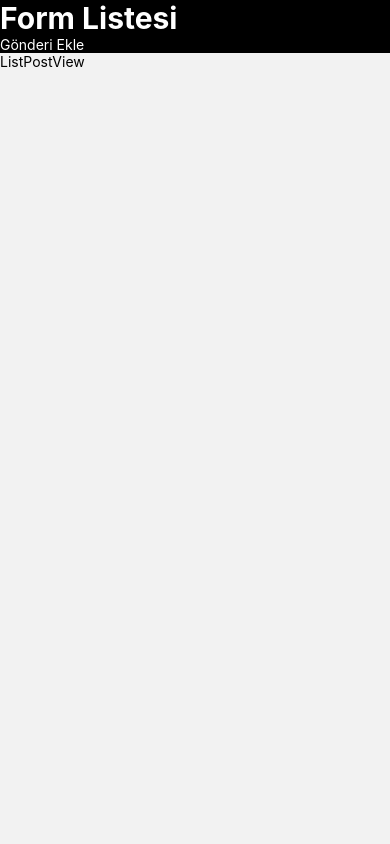
Repository: Kubraaygun/FirebaseRN
Page: /
An editor plug-in stored every save of this project. The page is shown before and after the next save, followed by the edit.
The browser window is 390 px wide. The pictures show the whole page.
The app was drawn by React Native's web renderer in a window 390 px wide. The project was rebuilt for these pictures with package versions that can differ from the ones it lists, and the page was loaded fresh each time. Also part of the build but not shown: src/screens/AddPost/AddPostView.jsx, src/screens/AddPost/AddPostController.jsx.

Above is the page before, as saved 2025-01-20 18:58:04.

After the next save:
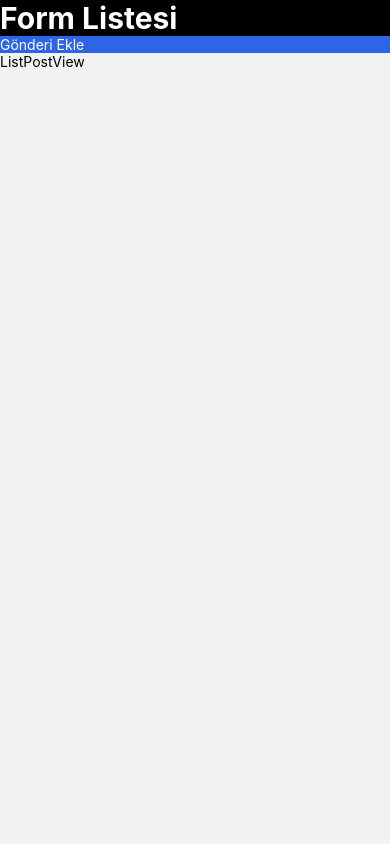
Saved 20 s later.
--- a/src/screens/component/CustomButton.jsx
+++ b/src/screens/component/CustomButton.jsx
@@ -12,7 +12,9 @@ const CustomButton = ({buttonTitle}) => {
 export default CustomButton;
 
 const styles = StyleSheet.create({
-  buttonContainer: {},
+  buttonContainer: {
+    backgroundColor: '#2D65E6',
+  },
   buttonTitle: {
     color: '#ffffff',
   },
